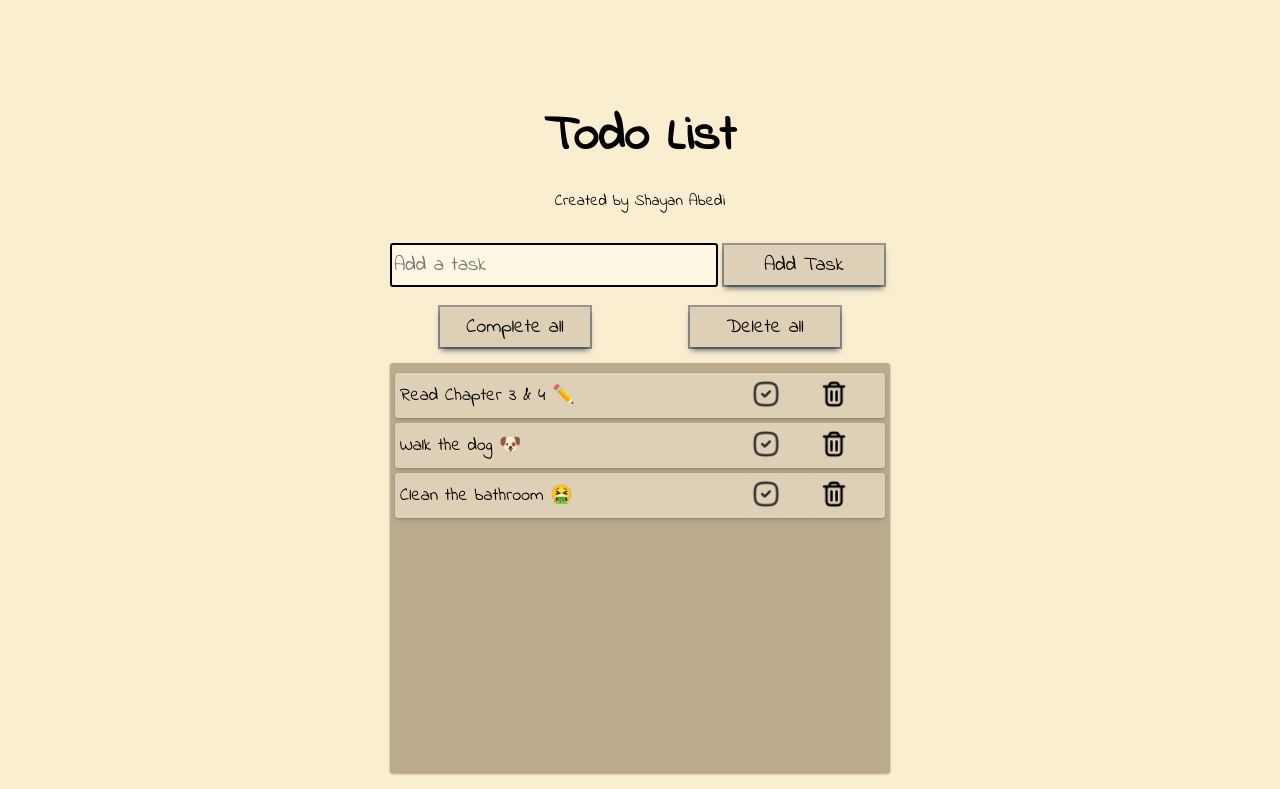
Repository: shayanabedi98/todo-list
Page: /
The author's editor kept a copy of each file at every save. The page is drawn from the files as they stood at one save, then again after the next save.
The browser window is 1280 px wide. The pictures show the whole page.
The project was rebuilt for these pictures with package versions that can differ from the ones it lists, and the page was loaded fresh each time. Also part of the build but not shown: vite.config.js.

Above is the page before, as saved 2023-12-30 19:41:35.

### index.html
<!doctype html>
<html lang="en">
  <head>
    <meta charset="UTF-8" />
    <link rel="icon" type="image/svg+xml" href="./src/assets/pencil-svgrepo-com.png" />
    <meta name="viewport" content="width=device-width, initial-scale=1.0" />
    <link rel="preconnect" href="https://fonts.googleapis.com">
    <link rel="preconnect" href="https://fonts.gstatic.com" crossorigin>
    <link href="https://fonts.googleapis.com/css2?family=Indie+Flower&display=swap" rel="stylesheet">
    <title>Todo List</title>
  </head>
  <body>
    <div id="root"></div>
    <script type="module" src="/src/main.jsx"></script>
  </body>
</html>

### src/App.jsx
import { useState } from "react";
import { v4 as uuid } from "uuid";
import TodoList from "./TodoList";
import CreateTask from "./CreateTask";
import AffectAll from "./AffectAll";

function App() {
  const [list, setList] = useState([
    { id: uuid(), text: "Read Chapter 3 & 4 ✏️", completed: false },
    { id: uuid(), text: "Walk the dog 🐶", completed: false },
    { id: uuid(), text: "Clean the bathroom 🤮", completed: false },
  ]);
  const [input, setInput] = useState("");

  const addTask = () => {
    if (input.trim() !== "") {
      setList([...list, { id: uuid(), text: input, completed: false }]);
      setInput("");
    }
  };

  const handleChange = (event) => {
    setInput(event.target.value);
  };

  const handleDelete = (taskID) => {
    const newList = list.filter((task) => {
      return task.id !== taskID;
    });
    setList(newList);
  };

  const handleComplete = (taskID) => {
    const newList = list.map((task) => {
      if (task.id === taskID) {
        return { ...task, completed: !task.completed };
      } else {
        return task;
      }
    });
    setList(newList);
  };

  const clearAll = () => {
    setList([]);
  };

  const completeAll = () => {
    const isItCompleted = list.some((task) => !task.completed);
    const newList = list.map((task) => ({ ...task, completed: isItCompleted }));
    setList(newList)
  };

  return (
    <>
      <h1>Todo List</h1>
      <p id="developer">Created by Shayan Abedi</p>
      <CreateTask handleChange={handleChange} input={input} addTask={addTask} />
      <AffectAll clearAll={clearAll} completeAll={completeAll} />
      <TodoList
        list={list}
        handleDelete={handleDelete}
        handleComplete={handleComplete}
      />
    </>
  );
}

export default App;

### src/index.css
body {
  background-color: #FAEED1;
  font-family: 'Indie Flower', cursive;
}

h1 {
  font-size: 50px;
  margin-top: 100px;
  margin-bottom: 0;
  text-align: center;
}

.create-task {
  display: grid;
  place-items: center;
  align-content: center;
  grid-template-columns: 1fr 1fr;
  margin: 30px auto 0 auto;
}

.create-task input {
  background-color: #FDF7E4;
  border: 2px solid black;
  border-radius: 3px;
  font-size: 20px;
  height: 38px;
  width: 320px;
  font-family: 'Indie Flower', cursive;
}

.create-task button {
  background-color: #DED0B6;
  border: none;
  font-family: 'Indie Flower', cursive;
  height: 40px;
  width: 160px;
  font-size: 20px;
  box-shadow: rgba(6, 24, 44, 0.4) 0px 0px 0px 2px, rgba(6, 24, 44, 0.65) 0px 4px 6px -1px, rgba(255, 255, 255, 0.08) 0px 1px 0px inset;
  cursor: pointer;
}

.affect-all {
  display: flex;
  place-content: center;
  margin-top: 20px;
}

.affect-all button {
  background-color: #DED0B6;
  border: none;
  margin: 0 50px;
  font-family: 'Indie Flower', cursive;
  height: 40px;
  width: 160px;
  font-size: 20px;
  box-shadow: rgba(6, 24, 44, 0.4) 0px 0px 0px 2px, rgba(6, 24, 44, 0.65) 0px 4px 6px -1px, rgba(255, 255, 255, 0.08) 0px 1px 0px inset;
  cursor: pointer;
}

.list ul {
 padding: 5px;
 box-shadow: rgba(0, 0, 0, 0.12) 0px 1px 3px, rgba(0, 0, 0, 0.24) 0px 1px 2px;
  border-radius: 3px;
  background-color: #BBAB8C;
  min-height: 400px;
}

.list li {
  list-style: none;
  display: grid;
  grid-template-columns: 1fr 0.2fr 0.2fr;
  background-color: #DED0B6;
  margin-top: 5px;
  margin-bottom: 5px;
  padding: 5px;
  box-shadow: rgba(50, 50, 93, 0.25) 0px 2px 5px -1px, rgba(0, 0, 0, 0.3) 0px 1px 3px -1px;
  border-radius: 3px;
  font-size: 18px;
  align-items: center;
}

#developer, h1, .create-task, .list, .affect-all {
  width: 500px;
  margin-left: auto;
  margin-right: auto;
}

.list button {
  background-color: #DED0B6;
  height: 35px;
  width: 35px;
  margin: auto 2px;
  cursor: pointer;
  border: none;
  border-radius: 3px;
}

.list img, .affect-all img {
  height: 30px;
}

#developer {
  text-align: center;
}

### src/TodoList.jsx
import React from "react";
import trash from "./assets/trash.png";
import check from "./assets/check.png";

const TodoList = ({ handleComplete, handleDelete, list }) => {
  const completedStyle = (condition) => {
    return condition
      ? {
          color: "grey",
          textDecoration: "line-through",
        }
      : {};
  };

  return (
    <div className="list">
      <ul>
        {list.map((task) => {
          return (
            <li key={task.id}>
              <span style={completedStyle(task.completed)}>{task.text}</span>
              <button id="complete" onClick={() => handleComplete(task.id)}>
                <img src={check} alt="checkmark button"/>
              </button>
              <button id="delete" onClick={() => handleDelete(task.id)}>
                <img src={trash} alt="delete button"/>
              </button>
            </li>
          );
        })}
      </ul>
    </div>
  );
};

export default TodoList;

### src/CreateTask.jsx
import React from "react";

const CreateTask = ({input, addTask, handleChange}) => {
  return (
    <div className="create-task">
      <input
        onKeyDown={(e) => e.key === 'Enter' && addTask()}
        placeholder="Add a task"
        type="text"
        onChange={handleChange}
        value={input}
      />
      <button onClick={addTask}>Add Task</button>
    </div>
  );
};

export default CreateTask;

### src/AffectAll.jsx
import React from "react";


const AffectAll = ({ clearAll, completeAll }) => {
  return (
    <div className="affect-all">
      <button onClick={completeAll}>Complete all</button>
      <button onClick={clearAll}>Delete all</button>
    </div>
  );
};

export default AffectAll;

Loaded but not shown: src/main.jsx (common file)

After the next save:
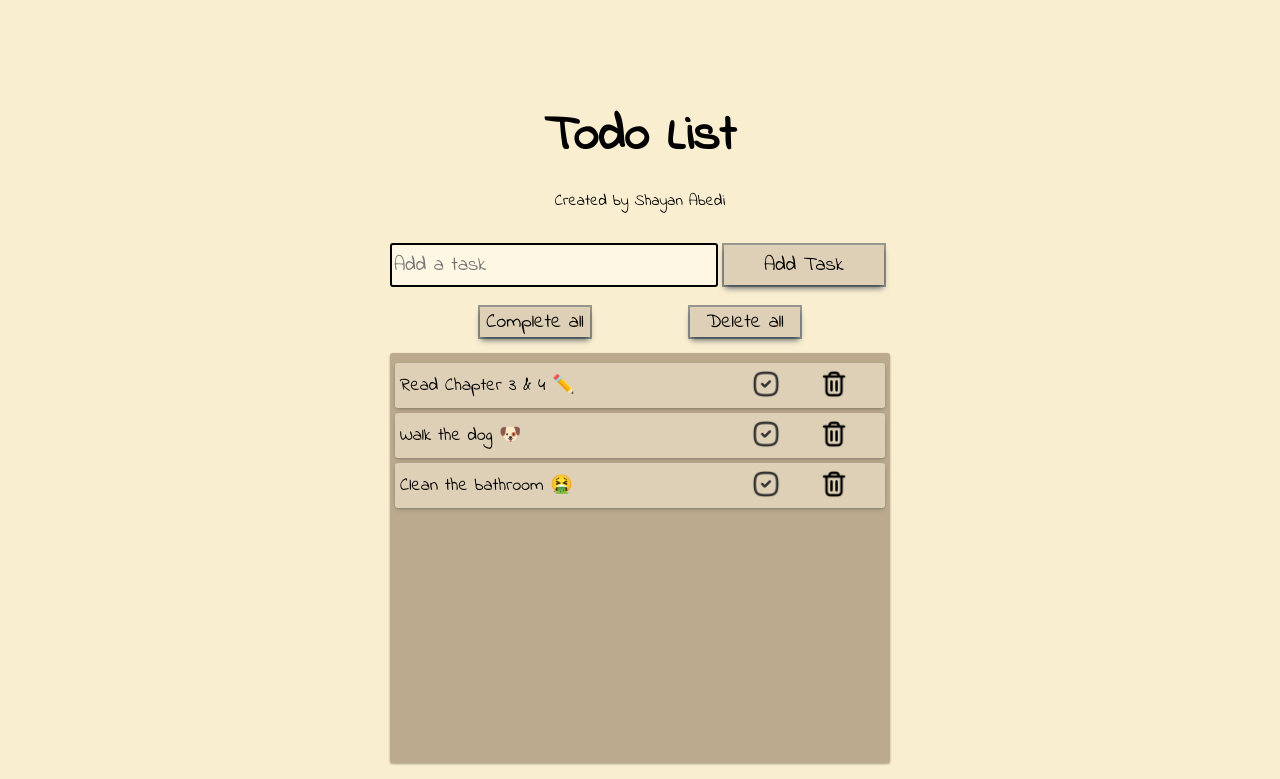
Saved 19 s later.
--- a/src/index.css
+++ b/src/index.css
@@ -50,8 +50,8 @@ h1 {
   border: none;
   margin: 0 50px;
   font-family: 'Indie Flower', cursive;
-  height: 40px;
-  width: 160px;
+  height: 30px;
+  width: 110px;
   font-size: 20px;
   box-shadow: rgba(6, 24, 44, 0.4) 0px 0px 0px 2px, rgba(6, 24, 44, 0.65) 0px 4px 6px -1px, rgba(255, 255, 255, 0.08) 0px 1px 0px inset;
   cursor: pointer;
